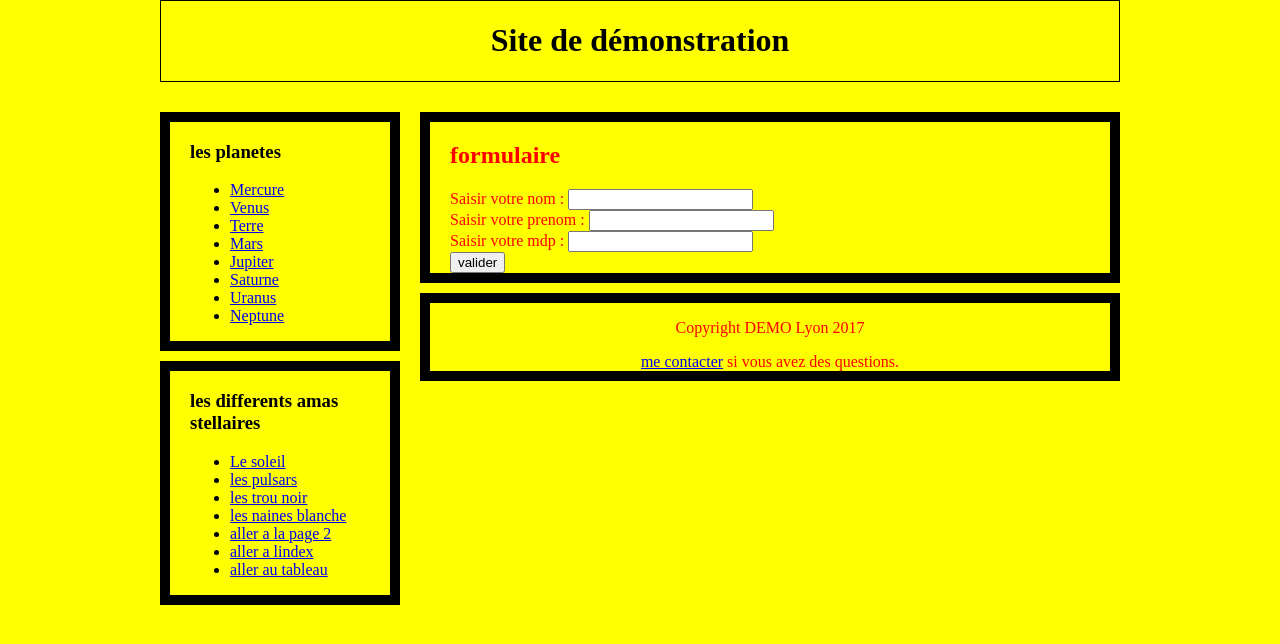
Repository: Poulpyto/fitec
Page: workspaceHtmlFlo/ModelePage1Flo/WebContent/formulaire.html
These files come from the project's save history. The page is drawn as it stood at one moment and after the next save; the edit follows.
The browser window is 1280 px wide. The pictures show the whole page.

Above is the page before, as saved 2017-04-04 14:35:04.

### workspaceHtmlFlo/ModelePage1Flo/WebContent/formulaire.html
<!DOCTYPE html>
<html>
<head>

<meta charset="UTF-8">
<title>Modele 1</title>
<meta name="viewport" content="width=device-width, initial-scale=1.0" /><!-- recup taille terminal utiliser , premiere etape pr respnosivité*/ -->
<link rel="stylesheet" href="css/style.css" />
</head>

<body>
	<div id="entete">
		<h1>Site de démonstration</h1>
	</div>
	<div id="nav">
		<div class="block planete">
			<h3>les planetes</h3>
			<ul>
				<li><a href= "#">Mercure</a></li>
				<li><a href= "#">Venus</a></li>
				<li><a href= "#">Terre</a></li>
				<li><a href= "#">Mars</a></li>
				<li><a href= "#">Jupiter</a></li>
				<li><a href= "#">Saturne</a></li>
				<li><a href= "#">Uranus</a></li>
				<li><a href= "#">Neptune</a></li>
			</ul>
		</div>
	<div class="block espace">
		<h3>les differents amas stellaires</h3>
		<ul>
			<li><a href= "#">Le soleil</a></li>
			<li><a href= "#">les pulsars</a></li>
			<li><a href= "#">les trou noir</a></li>
			<li><a href= "#">les naines blanche</a></li>
			<li><a href= "page2.html">aller a la page 2 </a></li>
			<li><a href= "index.html">aller a lindex </a></li>
			<li><a href= "tableau.html">aller au tableau </a></li>
		</ul>
	</div>
	</div>
	<div id="content">
		<div class="block">
			<h2>formulaire</h2>
			<form method = "post" action="#">
				<label for="nom">Saisir votre nom :</label>
				<input type="text" name="nom" id="nom"/>
			<br/>
				<label for="prenom">Saisir votre prenom :</label>
				<input type="text" name="prenom" id="prenom"/>
			<br/>
				<label for="ndp">Saisir votre mdp :</label>
				<input type="password" name="mdp" id="mdp"/>
			<br/>
				<input type="submit" value="valider"/>
			</form>
		</div>
	<div class="block footer">
		<p> Copyright DEMO Lyon 2017</p>
		<a href="mailto:contact@example.com">me contacter</a> si vous avez des questions.
	</div>
	</div>
</body>

</html>

### workspaceHtmlFlo/ModelePage1Flo/WebContent/css/style.css
@CHARSET "UTF-8";
/*media queries*/
/*si la taille de l'ecran est <680px */
td, th{
	border:1px solid black;
	padding: 10px;
}
table{
	border-collapse:collapse;
	margin-bottom: 10px;
}
@media screen and (max-width:680px)
{
body {
	width: 100%;
	margin: 0 auto;
	background-color: grey;
	text-align: center;
}

#entete{
	border: 1px solid black;
	margin-bottom: 20px;
	padding: 0 20px;
	text-align:center;
}

#nav {
	width: 100%;

}

#content {
	width:100%;
	color: red;

}

.block{
	border: 10px solid black;
	margin-top: 10px;
	padding: 0 20px;
}
.footer{
	text-align: center;
}
}
/*si la taille de l'ecran est comprise entre 681 et 1279px*/
@media screen and (min-width:681px) and (max-width:1279px)
{
body {
	width: 100%;
	margin: 0 auto;
	background-color: cyan;
	text-align: center;
}


#entete{
	border: 1px solid black;
	margin-bottom: 20px;
	padding: 0 20px;
	text-align:center;
}

#nav {
	width: 100%;
}

.planete{
	float: left;
	width: 40%;
	color : green;
}
.espace{
	float: right;
	width: 40%;
	height: 225px;
}
#content {
	width:100%;
	color: red;
	float:right;
}

.block{
	border: 10px solid black;
	margin-top: 10px;
	padding: 0 20px;

}

.footer{
	text-align: center;
	width:100%;
}
}
/*si la taille est > 1279px*/
@media screen and (min-width:1280px)
{
body {
	width: 960px;
	margin: 0 auto;
	background-color: yellow;
}

#entete{
	border: 1px solid black;
	margin-bottom: 20px;
	padding: 0 20px;
	text-align:center;
}

#nav {
	width: 240px;
	float: left;
}

#content {
	width:700px;
	float: right;
	color: red;

}

.block{
	border: 10px solid black;
	margin-top: 10px;
	padding: 0 20px;
}
.footer{
	text-align: center;
}
}

After the next save:
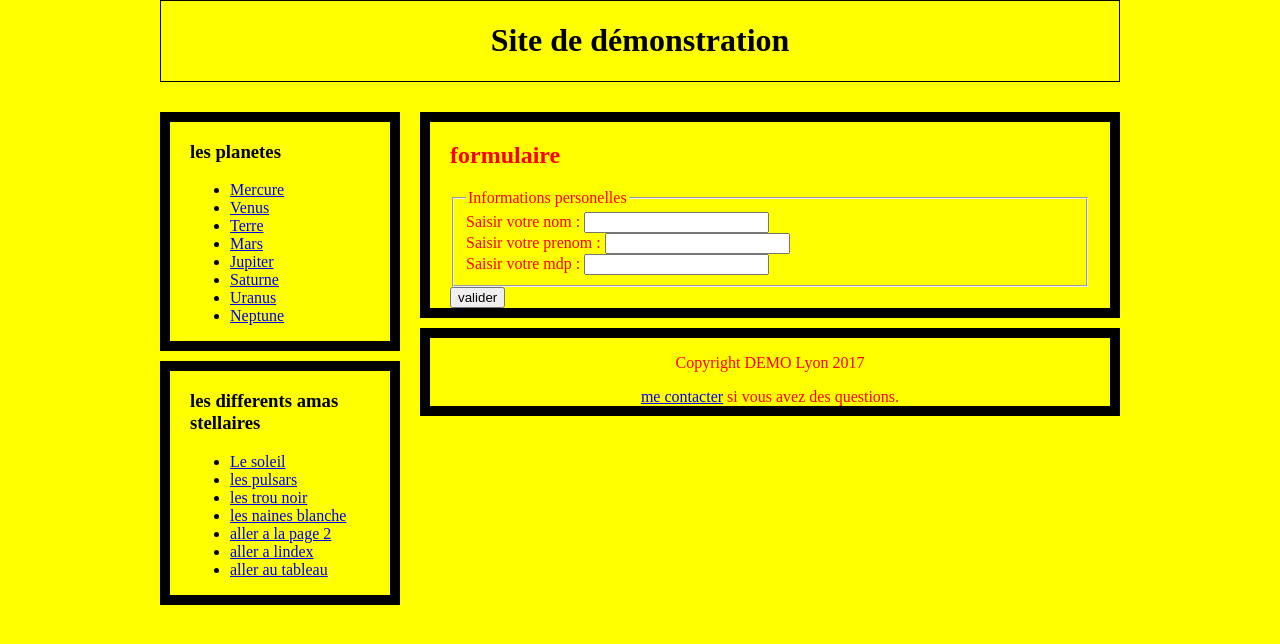
Saved 104 s later.
--- a/workspaceHtmlFlo/ModelePage1Flo/WebContent/formulaire.html
+++ b/workspaceHtmlFlo/ModelePage1Flo/WebContent/formulaire.html
@@ -43,6 +43,8 @@
 		<div class="block">
 			<h2>formulaire</h2>
 			<form method = "post" action="#">
+				<fieldset id="section-1">
+				<legend>Informations personelles</legend>
 				<label for="nom">Saisir votre nom :</label>
 				<input type="text" name="nom" id="nom"/>
 			<br/>
@@ -52,6 +54,7 @@
 				<label for="ndp">Saisir votre mdp :</label>
 				<input type="password" name="mdp" id="mdp"/>
 			<br/>
+				</fieldset>
 				<input type="submit" value="valider"/>
 			</form>
 		</div>
